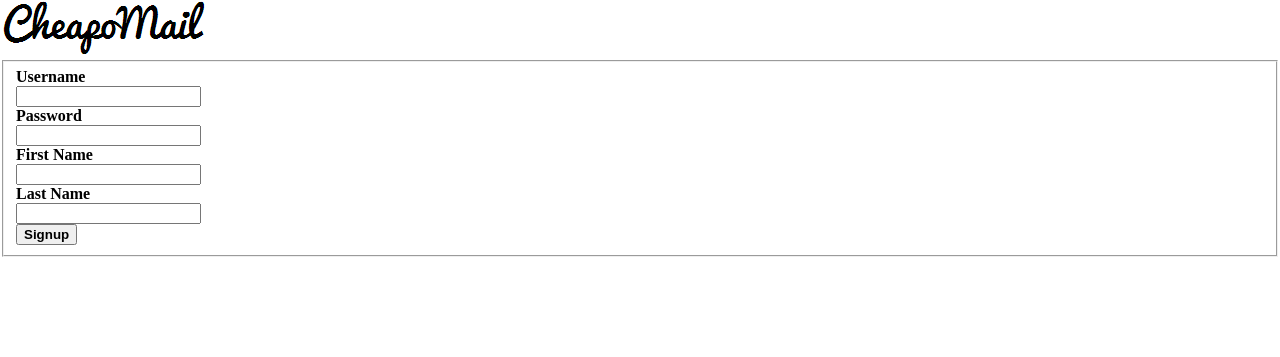
Repository: BobbyV/cheapomail
Page: adduser.html
The author's editor kept a record of every edit. The page is drawn from the files as they stood at one moment, then again after the next edit.
The browser window is 1280 px wide. The pictures show the whole page.

Above is the page before.

### adduser.html
<!DOCTYPE html>
<html>
  <head>
    <title>Add User to Cheapo Mail</title>
    <link rel=stylesheet type="text/css" href="login.css">
    <script type="text/javascript" src="login.js"></script>
    <script src="lib/jquery-1.11.1.js"></script>
    <script src=""></script>
  </head>

  <body>
    <img class="logo" src="mail.png"/>
    <form id="logininfo" action="Signup.php" method="post">
    <fieldset>
    <div id="info">
        <strong>Username</strong><br> <input type="text" id ="username" name="username" class="textfield"> <br>
        <strong>Password</strong><br> <input type="password" id ="password" name="password" class="textfield"> <br>
        <strong>First Name</strong><br> <input type="password" id ="password" name="firstname" class="textfield"> <br>
        <strong>Last Name</strong><br> <input type="password" id ="password" name="lastname" class="textfield"> <br>
        <button type= "button" id="login" onclick= "validate();"> <strong> Signup </strong> </button>
    </div>
    </fieldset>
    </form>
     <div id= "login_status"></div>
  </body>
</html>

### login.css
body
{
    margin: auto;
}

### login.js
window.onload = function()
{

}


function validate()
    {
	var username = $("username").value;
	var password = $("password").value;
	console.log("Got the values");
    	var re =/((?=.*\d)(?=.*[a-z])(?=.*[A-Z]).{8,})/ ;
	if(!(re.test(password))){
        alert("Password not valid");
        return false;

	}


    var responseMessage;
	var requeststring = "login.php?username="+username+"&password="+password;
	var getstuff = new XMLHttpRequest();
	getstuff.onreadystatechange = function(){
        if(getstuff.readyState==8 && getstuff.status==200 ){
           responseMessage = getstuff.responseText;
           console.log(responseMessage);
           if (responseMessage=="fail") {
               document.getElementById("login_status").innerHTML= "<div class='loginstat'><strong> Login Failed </strong></div>";

            }else if(responseMessage=="pass"){
                document.getElementById("login_status").innerHTML= "<div class='loginstat'><strong> Login Success </strong></div>";
                window.location.href="homepage.html";

            }


        }
	};
	getstuff.open("get",requeststring ,true);
    getstuff.send();



};

Loaded but not shown: lib/jquery-1.11.1.js (library)

After the next edit:
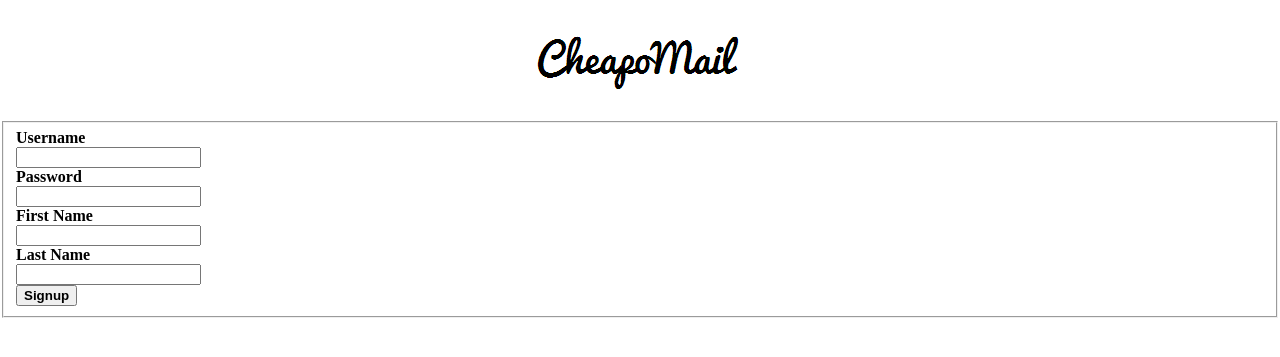
The edit:
--- a/login.css
+++ b/login.css
@@ -2,3 +2,12 @@ body
 {
     margin: auto;
 }
+
+img.logo
+{
+    display: block;
+    margin-left: auto;
+    margin-right: auto;
+    margin-top: 30px;
+    padding: 5px 50px 30px 50px;
+}
